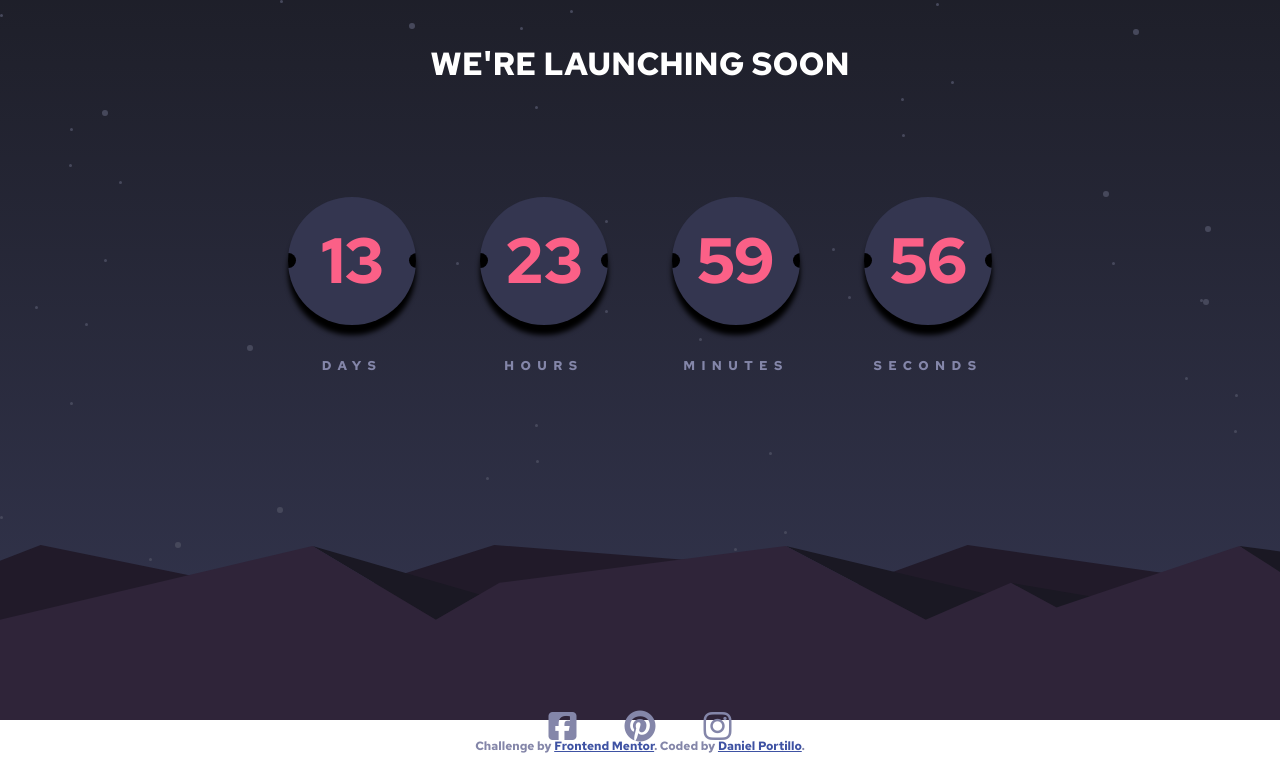
Repository: dportillo23/launch-countdown-timer-main
Page: index.html
The author's editor kept a copy of each file at every save. The page is drawn from the files as they stood at one save, then again after the next save.
The browser window is 1280 px wide. The pictures show the whole page.
Some web libraries are served in a nearby version. The style sheet was rebuilt from its Sass, Less or Tailwind sources for each picture, by a compiler version that may differ from the author's.

Above is the page before, as saved 2021-06-28 16:53:36.

### index.html
<!DOCTYPE html>
<html lang="en">

<head>
  <meta charset="UTF-8">
  <meta name="viewport" content="width=device-width, initial-scale=1.0">

  <!-- displays site properly based on user's device -->
  <link rel="stylesheet" href="style.css">
  <link rel="icon" type="image/png" sizes="32x32" href="./images/favicon-32x32.png">

  <!-- Fontawesome connection -->
  <script src="https://kit.fontawesome.com/22e099610c.js" crossorigin="anonymous"></script>
  <link rel="stylesheet" href="path/to/font-awesome/css/font-awesome.min.css">

  <!-- Google fonts -->
  <link rel="preconnect" href="https://fonts.gstatic.com">
  <link href="https://fonts.googleapis.com/css2?family=Red+Hat+Text:wght@700&display=swap" rel="stylesheet">

  <title>Frontend Mentor | Launch countdown timer</title>

</head>

<body>
  <div class="header">
    <div class="container">

      <h1 class="title">We're launching soon</h1>

      <!-- Cards Section -->
      <div class="cards--section">

        <!-- Days card -->
        <div class="cards--container">
          <div class="card--number--container days" id="days">
            14
          </div>
          <h3 class="card--subtitle">Days</h3>
        </div>

        <!-- Hours card -->
        <div class="cards--container">
          <div class="card--number--container front  hours" id="hours">
            00
          </div>
          <h3 class="card--subtitle">Hours</h3>
        </div>

        <!-- Minutes card -->
        <div class="cards--container">
          <div class="card--number--container  minutes" id="minutes">
            00
          </div>
          <h3 class="card--subtitle">Minutes</h3>
        </div>

        <!-- Seconds card -->
        <div class="cards--container">
          <div class="card--number--container seconds" id="seconds">
           00
          </div>
          <h3 class="card--subtitle">Seconds</h3>
        </div>
      </div>

      <!-- Social media icons section -->
      <div class="social--container">
        <img src="./images/pattern-hills.svg" alt="hills" srcset="">
        <a href=""><i class="fab fa-facebook-square"></i></a></i><a href=""><i class="fab fa-pinterest"></i></a><a
          href=""><i class="fab fa-instagram"></i></a></div>
    </div>
  </div>

<!-- Footer -->
  <footer>
    <div class="attribution">
      Challenge by <a href="https://www.frontendmentor.io?ref=challenge" target="_blank">Frontend Mentor</a>.
      Coded by <a href="https://dportillo23.github.io/My-Personal-Site/">Daniel Portillo</a>.
    </div>
  </footer>

  <script src="app.js"></script>
</body>

</html>

### app.js
// Constants and DOM objects
const seconds = 1000;
const minutes = seconds * 60;
const hours = minutes * 60;
const days = hours * 24;

//  Timer elements
const timeDays = document.getElementById("days");
const timeHours = document.getElementById("hours");
const timeMinutes = document.getElementById("minutes");
const timeSeconds = document.getElementById("seconds");

// Cards Elements
const daysContainer = document.querySelector(".days");
const hoursContainer = document.querySelector(".hours");
const minutesContainer = document.querySelector(".minutes");
const secondsContainer = document.querySelector(".seconds");


// Functions
function difference(endTime, startTime) {
    return endTime - startTime;
}

function addLeadingZero(num) {
    if (num < 10) {
        num = "0" + num;
    }
    return num;
}


function flipCard(card) {
    card.classList.toggle("flipped");
}


//  Interval to make the countdown
var counter = 0
var leftTime = {
    d: [],
    h: [],
    m: [],
    s: [],
}

const finish = new Date();
finish.setDate(finish.getDate() + 14);

// Start countdown
setInterval(() => {
    const actualTime = new Date();
    const timeDifference = difference(finish, actualTime);

    if (counter === 0) {
        leftTime = {
            d: [Math.floor(timeDifference / days), Math.floor(timeDifference / days)],
            h: [Math.floor((timeDifference % days)/ hours ), Math.floor((timeDifference % days)/ hours )],
            m: [Math.floor((timeDifference % hours) / minutes), Math.floor((timeDifference % hours) / minutes)],
            s: [Math.floor((timeDifference % minutes) / seconds) + 1, Math.floor((timeDifference % minutes) / seconds) + 1],
        }

    } else {
        leftTime = {
            d: [Math.floor(timeDifference / days), leftTime.d[0]],
            h: [Math.floor((timeDifference % days)/ hours ), leftTime.h[0]],
            m: [Math.floor((timeDifference % hours) / minutes), leftTime.m[0]],
            s: [Math.floor((timeDifference % minutes) / seconds) + 1, leftTime.s[0]],
        }
    }


    // Add leading zero if needed
    for (const item in leftTime) {
        leftTime[item] = leftTime[item].map(num => addLeadingZero(num))
    }


    //  Change numbers in HTML
    timeDays.innerHTML = leftTime.d[0];
    timeHours.innerHTML = leftTime.h[0];
    timeMinutes.innerHTML = leftTime.m[0];
    timeSeconds.innerHTML = leftTime.s[0];

    counter += 1

    console.log(leftTime)

}, 1000);

### style.scss
*, *::before, *::after {
    box-sizing: border-box;
    margin: 0;
}

$col-ppal: hsl(237, 18%, 59%);
$col-red: hsl(345, 95%, 68%);

$col-dark: hsl(236, 21%, 26%);
$col-dark-blue: hsl(235, 16%, 14%);
$col-darker: hsl(234, 17%, 12%);

body {
    font-family: 'Red Hat Text', sans-serif;
    color: $col-ppal;
}

.header {
    min-height: 100vh;
    display: flex;
    flex-direction: column;
    justify-content: center;
    align-items: center;
    background: linear-gradient($col-dark-blue, $col-dark);
}

.container {
    min-height: 100vh;
    width: 100%;
    display: flex;
    flex-direction: column;
    justify-content: center;
    align-items: center;
    gap: 7em;
    position: relative;
    background: url('./images/bg-stars.svg');
}

.title {
    text-transform: uppercase;
    color: #fff;
}

// Cards Secition

.cards--section {
    display: flex;
    gap: 4em;
}

.cards--container {
    display: flex;
    flex-direction: column;
    gap: 2em;
    justify-content: center;
    align-items: center;
}

.card--number--container {
    display: flex;
    justify-content: center;
    align-items: center;
    padding: 1em;
    width: 2em;
    height: 2em;
    background-color: $col-dark;
    border-radius: 1em;
    box-shadow: 0 10px 5px black;
    position: relative;
    overflow: hidden;
    transition: all 0.5s ease;
    backface-visibility: hidden;
    transform: rotateX(0deg);
    color: $col-red;
    font-size: 4rem;

    &::before {
        content: '';
        width: 15px;
        height: 15px;
        border-radius: 50%;
        background-color: black;
        position: absolute;
        left: -7.5px;

    }

    &::after {
        content: '';
        width: 15px;
        height: 15px;
        border-radius: 50%;
        background-color: black;
        position: absolute;
        right: -7.5px;
    }
}

.card--subtitle {
    text-transform: uppercase;
    letter-spacing: 0.5em;
    font-size: 0.8em;
}

// Social media section

.social--container {
    width: 100%;
    height: 100%;
    padding-top: 10em;
    display: flex;
    align-items: center;
    justify-content: center;
    gap: 3em;
    // background: lightblue;

    img {
        width: 100%;

        position: absolute;
        z-index: 0;
        bottom: 0;
    }
}

.fab {
    position: relative;
    top: 2em;
    z-index: 1;
    font-size: 2rem;
    color:$col-ppal;

    &:hover {
        color: $col-red;
    }
}

// Footer

.attribution {
    padding: 1.5em;
    font-size: 12px; text-align: center;
    a {
        color: hsl(228, 45%, 44%);
    }
}

After the next save:
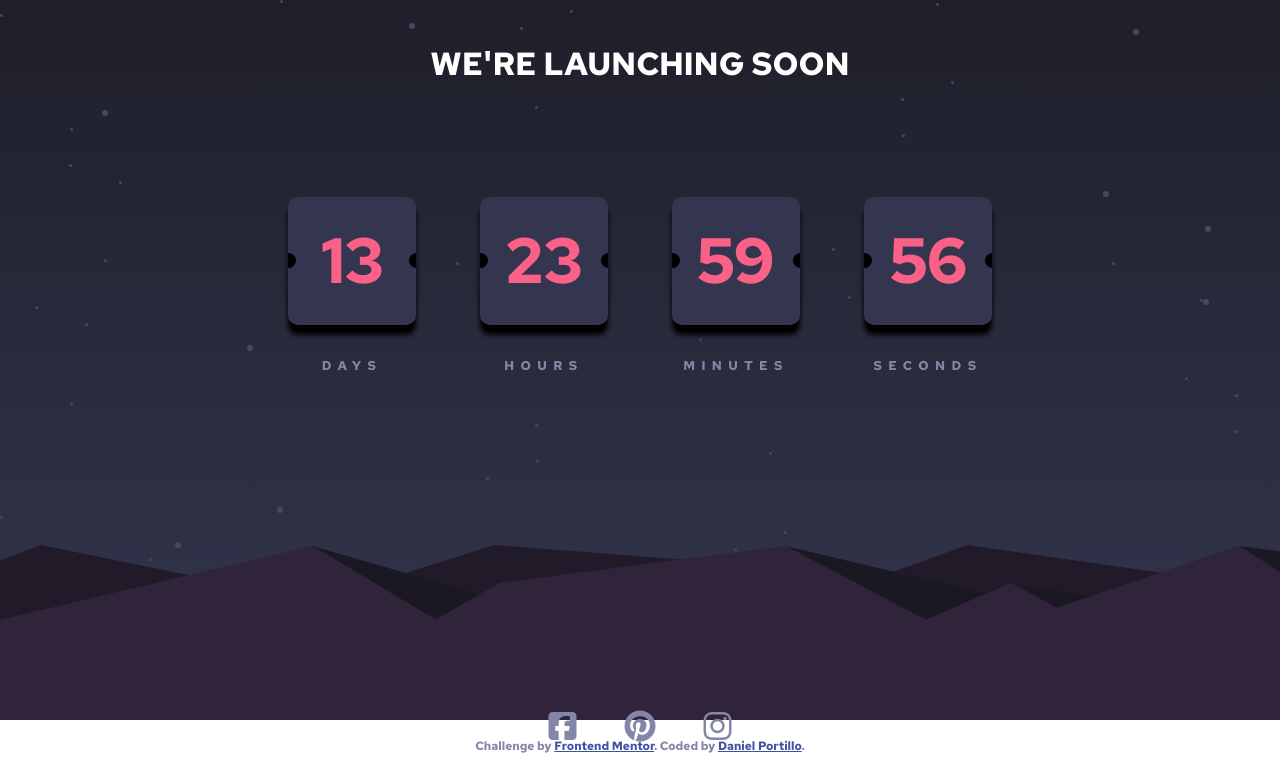
Saved 14 s later.
--- a/style.scss
+++ b/style.scss
@@ -64,7 +64,7 @@ body {
     width: 2em;
     height: 2em;
     background-color: $col-dark;
-    border-radius: 1em;
+    border-radius: 10px;
     box-shadow: 0 10px 5px black;
     position: relative;
     overflow: hidden;
